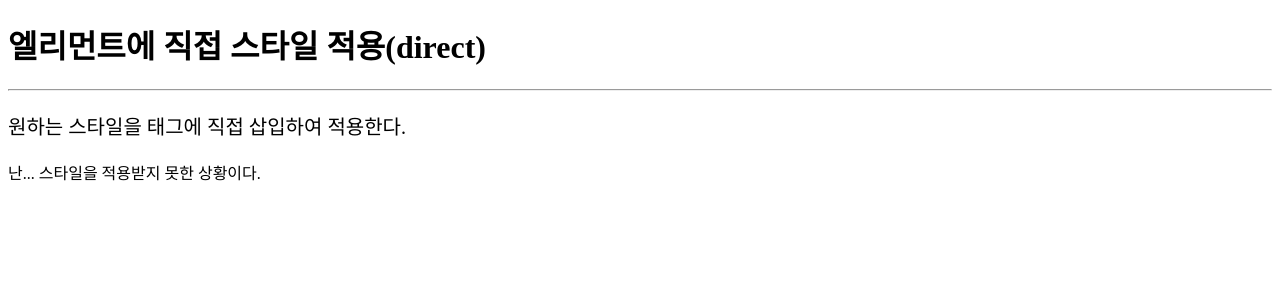
Repository: lolsoyeon/WebStudy
Page: WebApp02/WebContent/Test006.html
The author's editor kept a copy of each file at every save. The page is drawn from the files as they stood at one save, then again after the next save.
The browser window is 1280 px wide. The pictures show the whole page.

Above is the page before, as saved 2022-09-28 02:34:52.

### WebApp02/WebContent/Test006.html
<!DOCTYPE html>
<html>
<head>
<meta charset="UTF-8">
<title>Test006.html</title>

<style type="text/css">

/* 	p {이 위치에 기재되는 내용} */

</style>

</head>
<body>

<div>
	<h1>엘리먼트에 직접 스타일 적용(direct)</h1>
	<hr>
</div>

<div>
<!-- 	<p style=이 위치에 기재되는 내용> -->
	<p style="font-size: 15pt; color :biue;">원하는 스타일을 태그에 직접 삽입하여 적용한다.</p>

	<p>난... 스타일을 적용받지 못한 상황이다.</p>

</div>
</body>
</html>

After the next save:
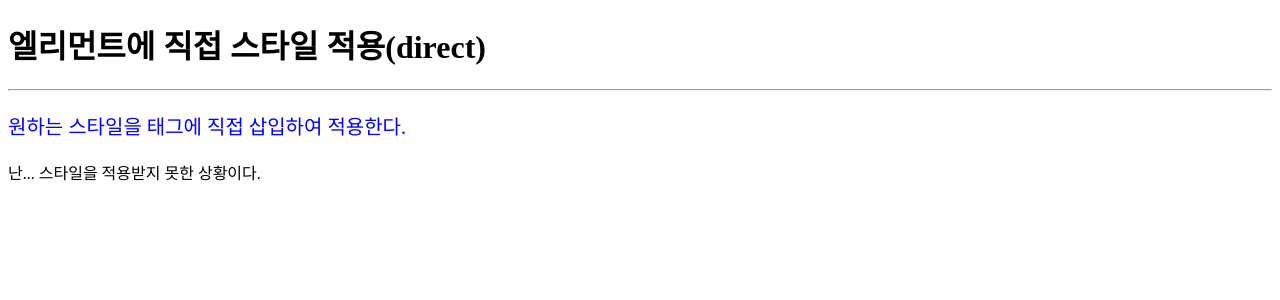
Saved 54 s later.
--- a/WebApp02/WebContent/Test006.html
+++ b/WebApp02/WebContent/Test006.html
@@ -20,7 +20,7 @@
 
 <div>
 <!-- 	<p style=이 위치에 기재되는 내용> -->
-	<p style="font-size: 15pt; color :biue;">원하는 스타일을 태그에 직접 삽입하여 적용한다.</p>
+	<p style="font-size: 15pt; color :blue;">원하는 스타일을 태그에 직접 삽입하여 적용한다.</p>
 
 	<p>난... 스타일을 적용받지 못한 상황이다.</p>
 
